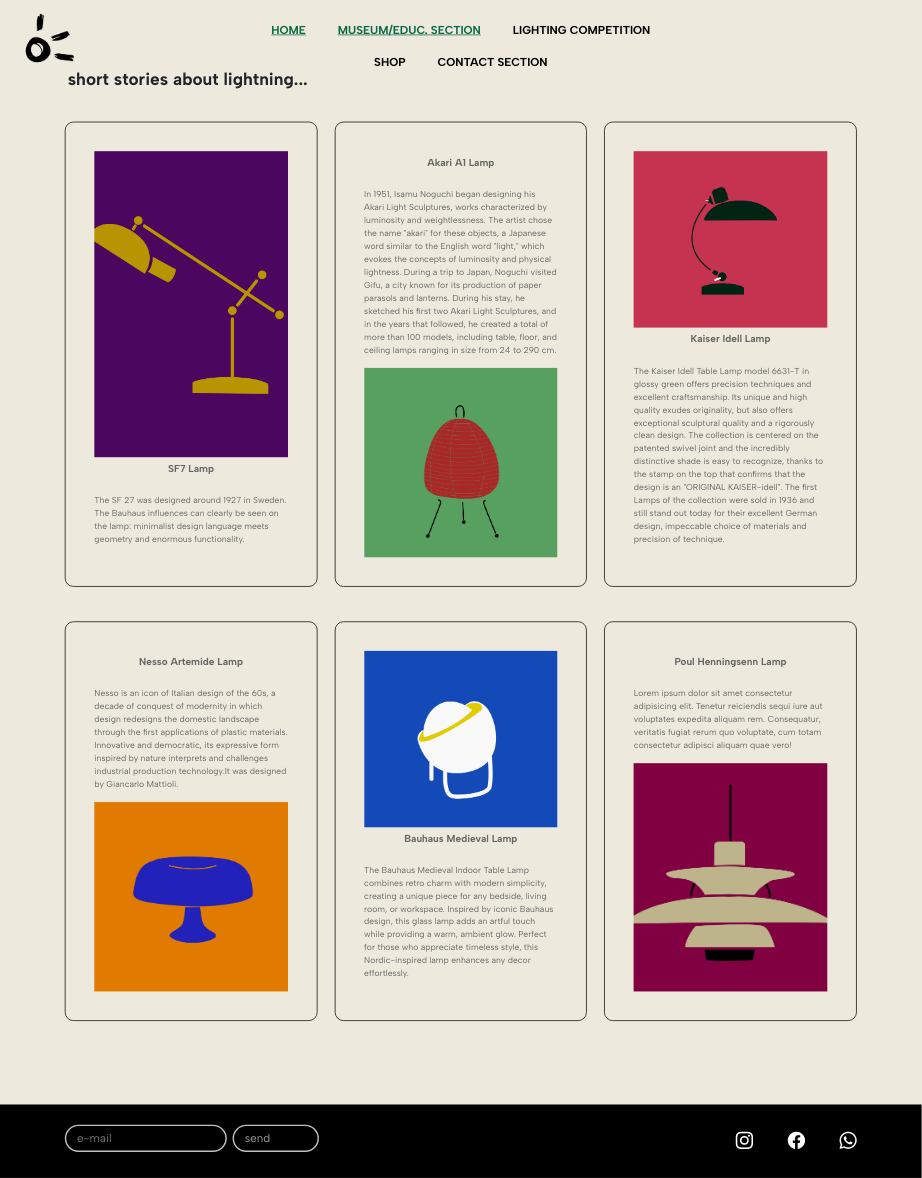
Repository: veronicamdiaz/Landing-Page-Practices
Page: museum-educational-section.html
An editor plug-in stored every save of this project. The page is shown before and after the next save, followed by the edit.
The browser window is 1280 px wide. The pictures show the whole page, at 72% of full size.

Above is the page before, as saved 2025-06-01 14:44:55.
Console error: TypeError: Cannot read properties of null (reading 'addEventListener')

After the next save:
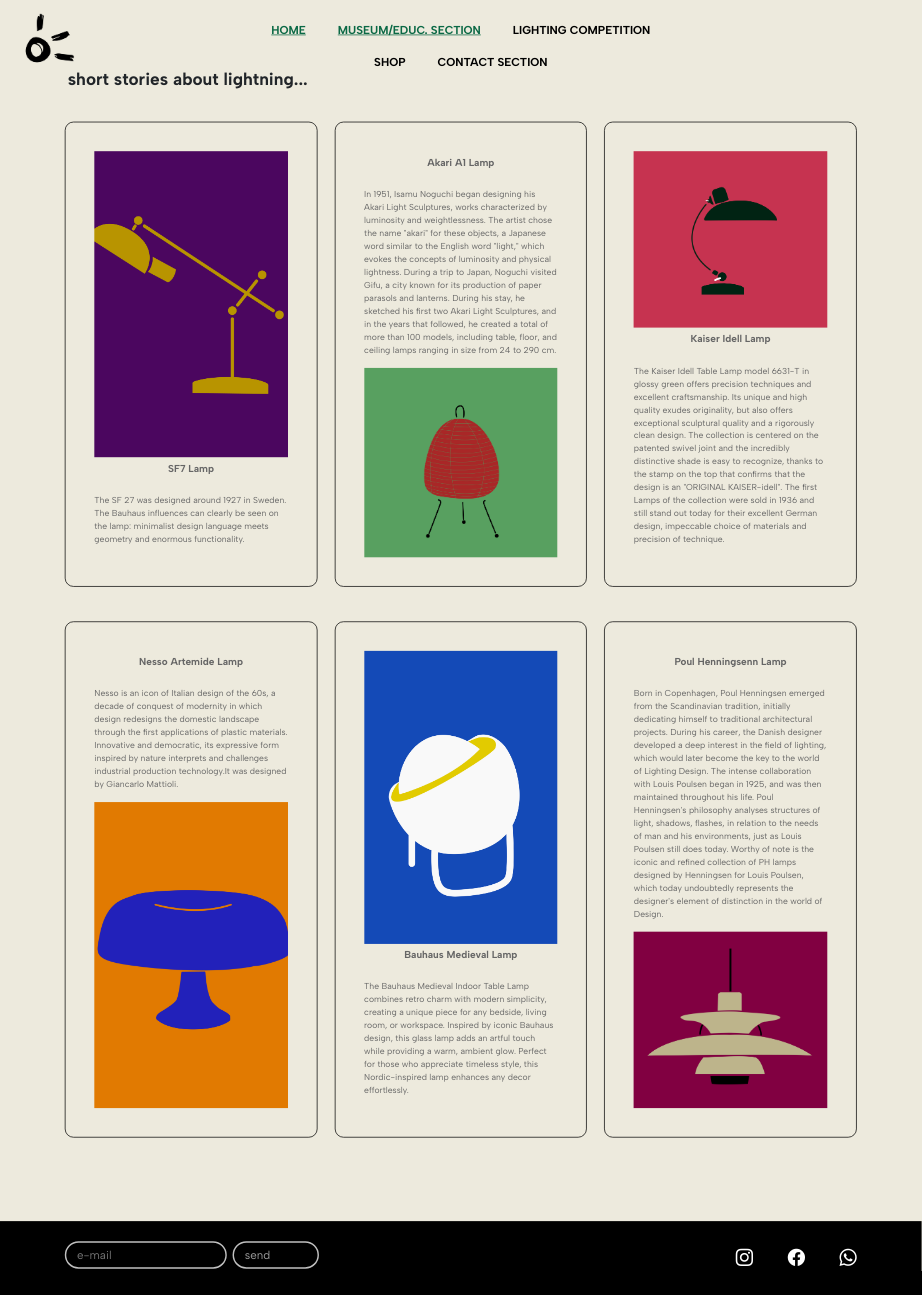
Saved 2 min 36 s later.
--- a/museum-educational-section.html
+++ b/museum-educational-section.html
@@ -80,7 +80,7 @@
         <div class="col-md-4 col-12 mb-5 p-6">
             <div class="card bg-transparent">
                 <h3 class="pb-2 pt-2">Poul Henningsenn Lamp</h3>
-                <p>Lorem ipsum dolor sit amet consectetur adipisicing elit. Tenetur reiciendis sequi iure aut voluptates expedita aliquam rem. Consequatur, veritatis fugiat rerum quo voluptate, cum totam consectetur adipisci aliquam quae vero!</p>
+                <p>Born in Copenhagen, Poul Henningsen emerged from the Scandinavian tradition, initially dedicating himself to traditional architectural projects. During his career, the Danish designer developed a deep interest in the field of lighting, which would later become the key to the world of Lighting Design. The intense collaboration with Louis Poulsen began in 1925, and was then maintained throughout his life. Poul Henningsen's philosophy analyses structures of light, shadows, flashes, in relation to the needs of man and his environments, just as Louis Poulsen still does today. Worthy of note is the iconic and refined collection of PH lamps designed by Henningsen for Louis Poulsen, which today undoubtedly represents the designer's element of distinction in the world of Design.</p>
                 <img src="/images/lights drawings_Prancheta 1.jpg" alt="Imagem 6" class="img-fluid">
             </div>
         </div>
